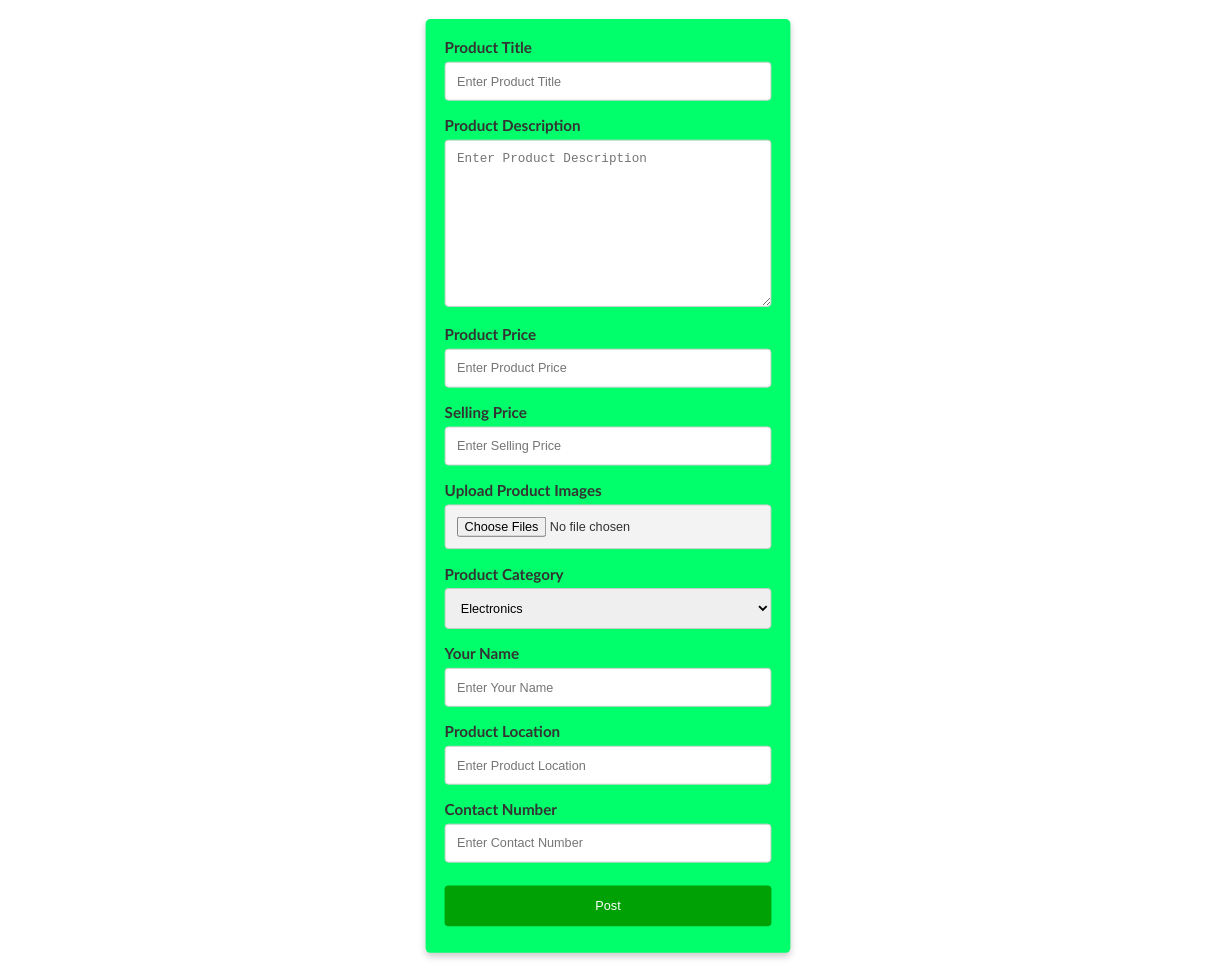
Repository: John-Prabu-A/web-dev-summer-school
Page: Session_1_Assignment/sell.html
These files come from the project's save history. The page is drawn as it stood at one moment and after the next save; the edit follows.
The browser window is 1280 px wide. The pictures show the whole page, at 95% of full size.

Above is the page before, as saved 2024-06-20 14:57:51.

After the next save:
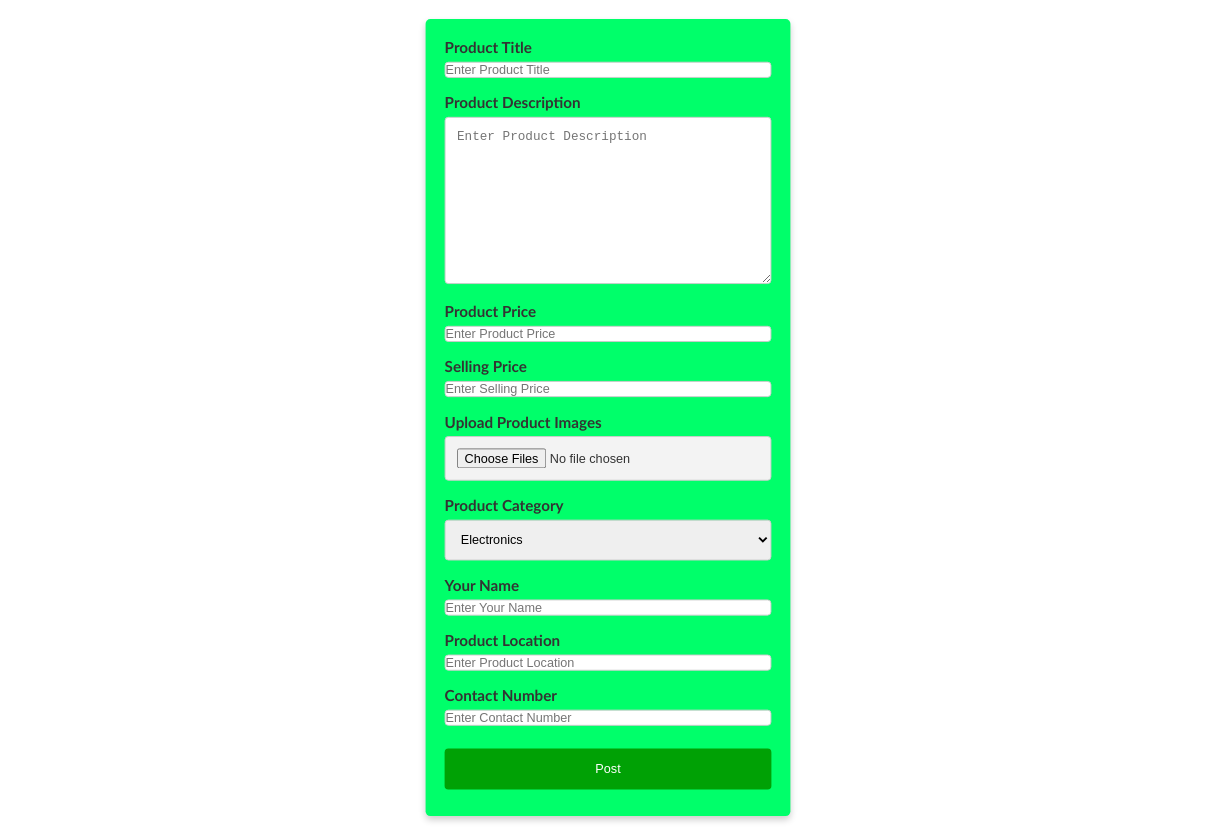
Saved 12 s later.
--- a/Session_1_Assignment/sell.html
+++ b/Session_1_Assignment/sell.html
@@ -19,7 +19,7 @@
 
         input[type=text], select, textarea {
             width: 100%;
-            padding: 12px;
+            /* padding: 12px; */
             border: 1px solid #ccc;
             border-radius: 4px;
             box-sizing: border-box;

After the save that followed:
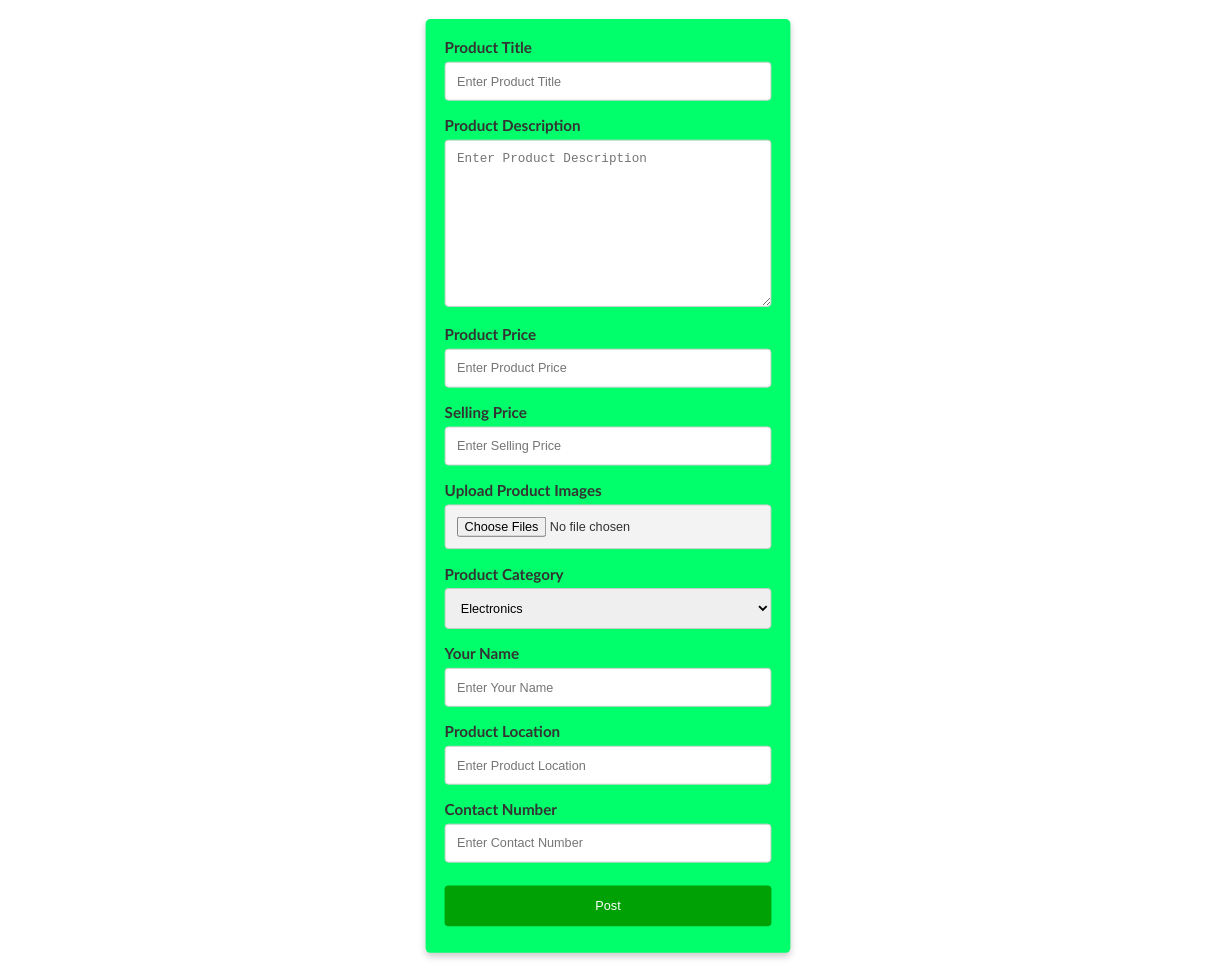
Saved 5 s later.
--- a/Session_1_Assignment/sell.html
+++ b/Session_1_Assignment/sell.html
@@ -19,7 +19,7 @@
 
         input[type=text], select, textarea {
             width: 100%;
-            /* padding: 12px; */
+            padding: 12px;
             border: 1px solid #ccc;
             border-radius: 4px;
             box-sizing: border-box;
